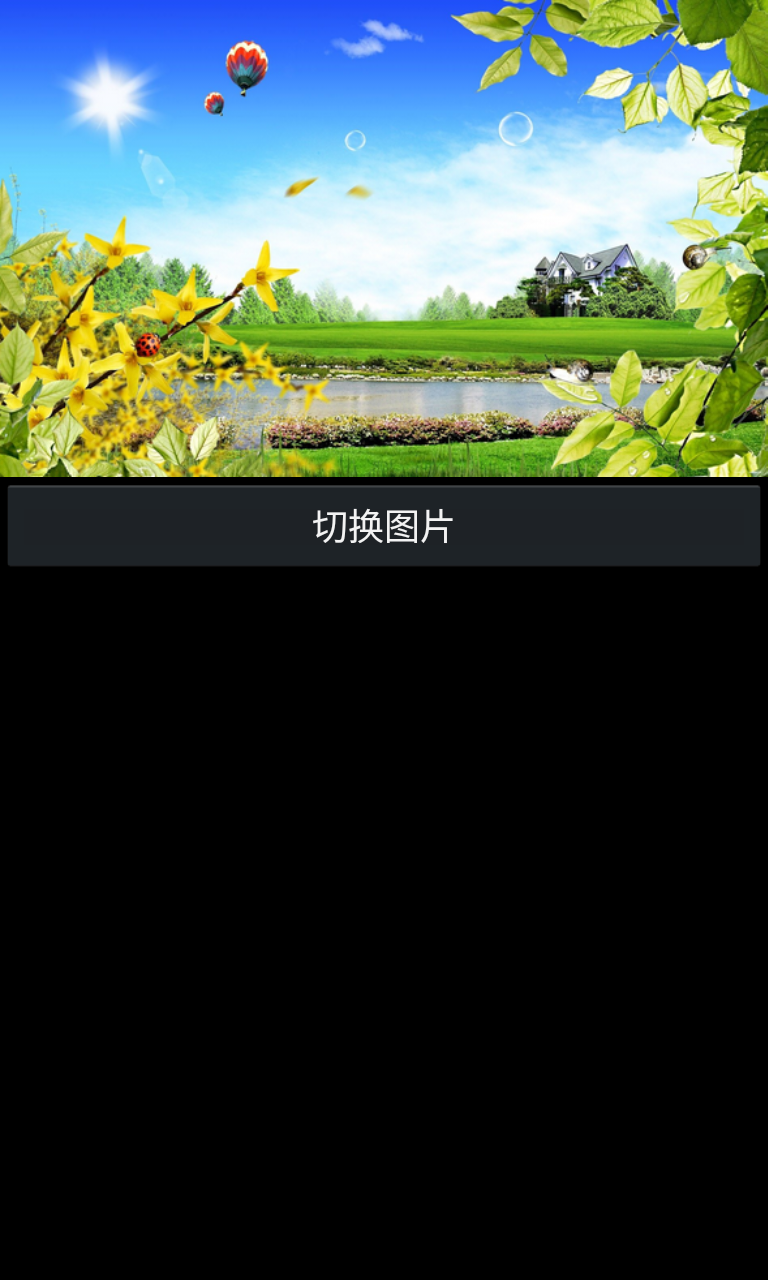
Repository: GuangmingChan/DevelopAndroidApp
Layout: demoImageView3/res/layout/main.xml
The author's editor kept a copy of each file at every save. The layout is drawn from the files as they stood at one save, then again after the next save.
It is drawn on a 768 x 1280 px phone screen (xhdpi) without system bars, with theme android:Theme.Holo; the app's code is not run.

Above is the layout before, as saved 2017-03-14 03:00:58.

### demoImageView3/res/layout/main.xml
<?xml version="1.0" encoding="utf-8"?>
<LinearLayout xmlns:android="http://schemas.android.com/apk/res/android"
    android:layout_width="fill_parent"
    android:layout_height="fill_parent"
    android:orientation="vertical" >

    <ImageView
        android:src="@drawable/sunshine"
        android:layout_width="fill_parent"
        android:layout_height="wrap_content"
        android:adjustViewBounds="true"
        android:maxWidth="100dp"
        android:maxHeith="100dp"
        android:scaleType="fitStart"
        android:text="@string/hello" />

    <Button
        android:layout_width="fill_parent"
        android:layout_height="wrap_content"
        android:text="切换图片" />

</LinearLayout>

### demoImageView3/res/values/strings.xml
<?xml version="1.0" encoding="utf-8"?>
<resources>

    <string name="app_name">DemoImageView3</string>
    <string name="hello">Hello World, DemoImageView3Activity!</string>

</resources>

After the next save:
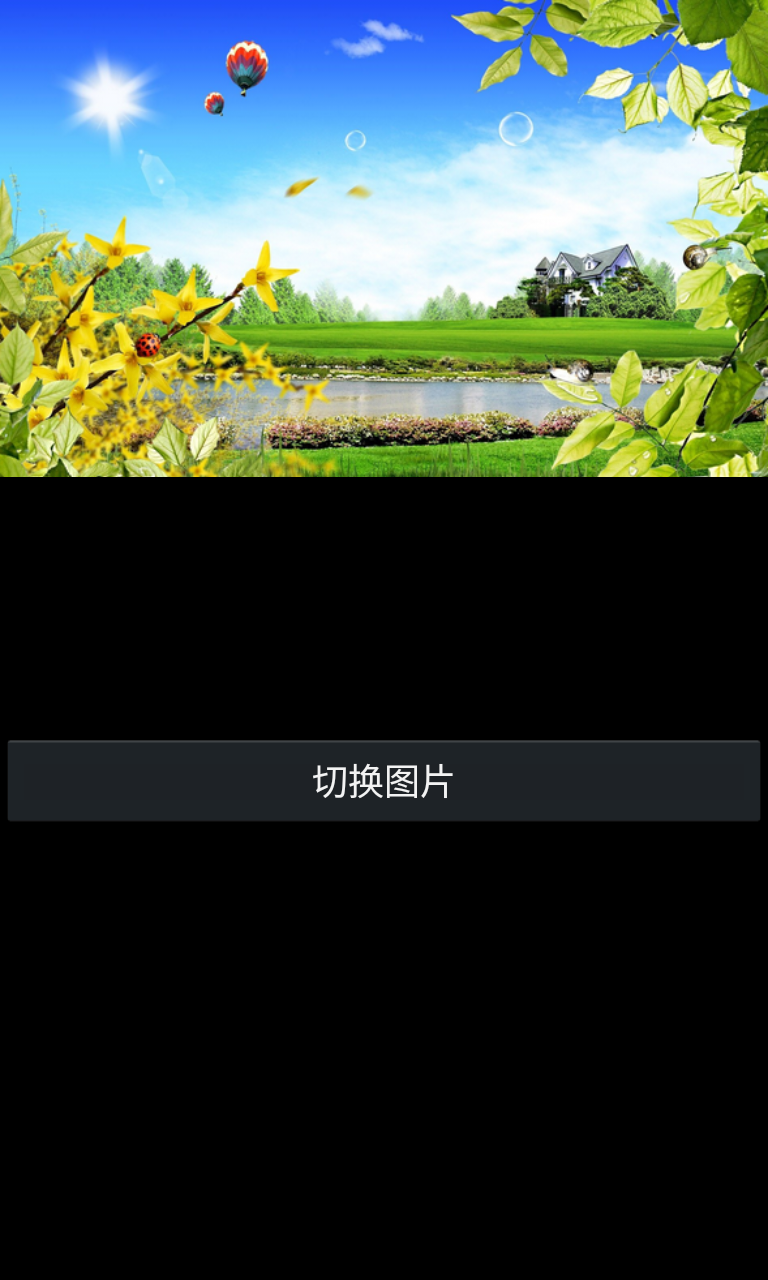
Saved 28 s later.
--- a/demoImageView3/res/layout/main.xml
+++ b/demoImageView3/res/layout/main.xml
@@ -8,7 +8,7 @@
         android:src="@drawable/sunshine"
         android:layout_width="fill_parent"
         android:layout_height="wrap_content"
-        android:adjustViewBounds="true"
+        android:adjustViewBounds="false"
         android:maxWidth="100dp"
         android:maxHeith="100dp"
         android:scaleType="fitStart"

After the save that followed:
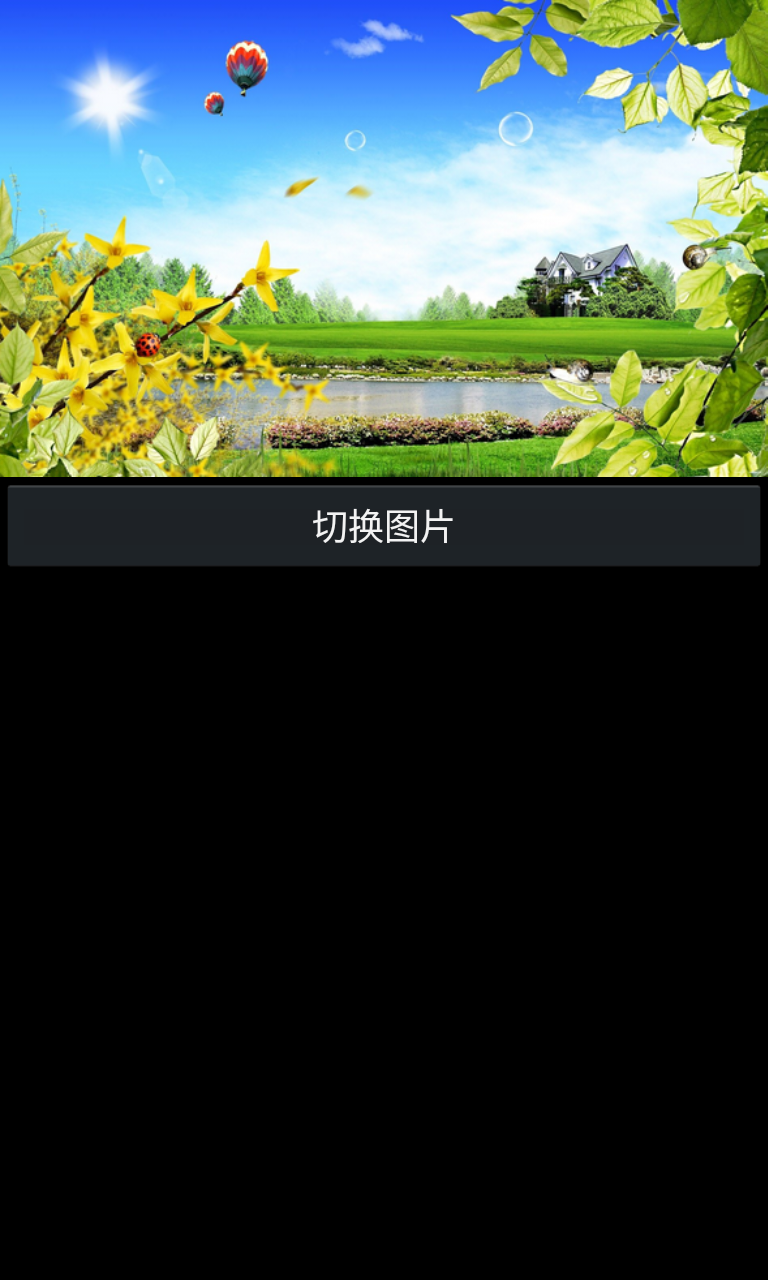
Saved 44 s later.
--- a/demoImageView3/res/layout/main.xml
+++ b/demoImageView3/res/layout/main.xml
@@ -8,7 +8,7 @@
         android:src="@drawable/sunshine"
         android:layout_width="fill_parent"
         android:layout_height="wrap_content"
-        android:adjustViewBounds="false"
+        android:adjustViewBounds="true"
         android:maxWidth="100dp"
         android:maxHeith="100dp"
         android:scaleType="fitStart"
